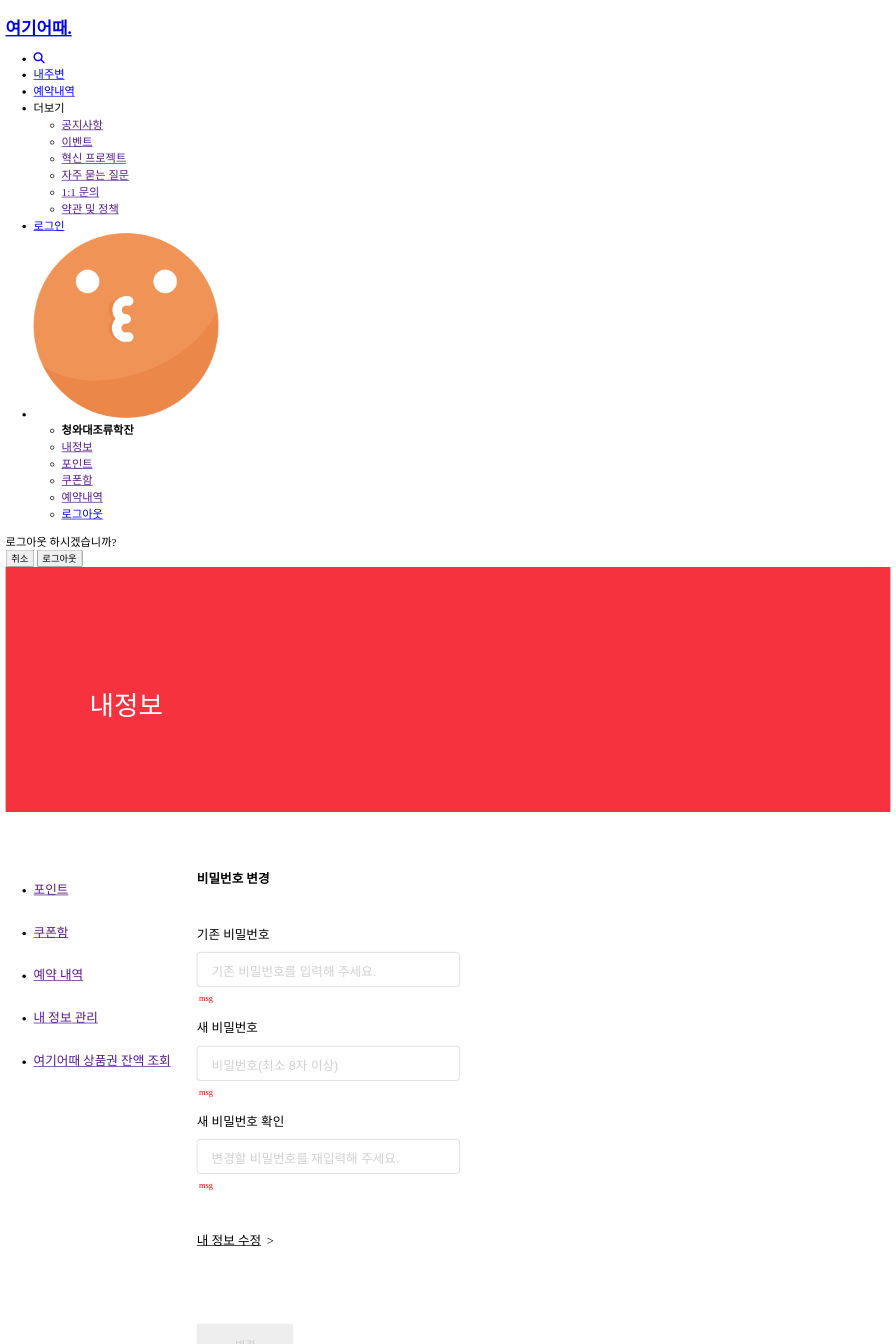
Repository: over0212/Project_goodHere
Page: http://localhost/goodHere/WEB-INF/views/change-pwd.jsp
The author's editor kept a copy of each file at every save. The page is drawn from the files as they stood at one save, then again after the next save.
The browser window is 1280 px wide. The pictures show the part of the page from y = 0 to 1920 px (the page is 2912 px tall before and 1686 px after), at 70% of full size.
Some web libraries are served in a nearby version. The page is served by Tomcat 9. Nobody is signed in. The template is opened directly, without the code that normally fills it, so the values that code supplies are empty.

Above is the page before, as saved 2022-01-17 08:24:51.

After the next save:
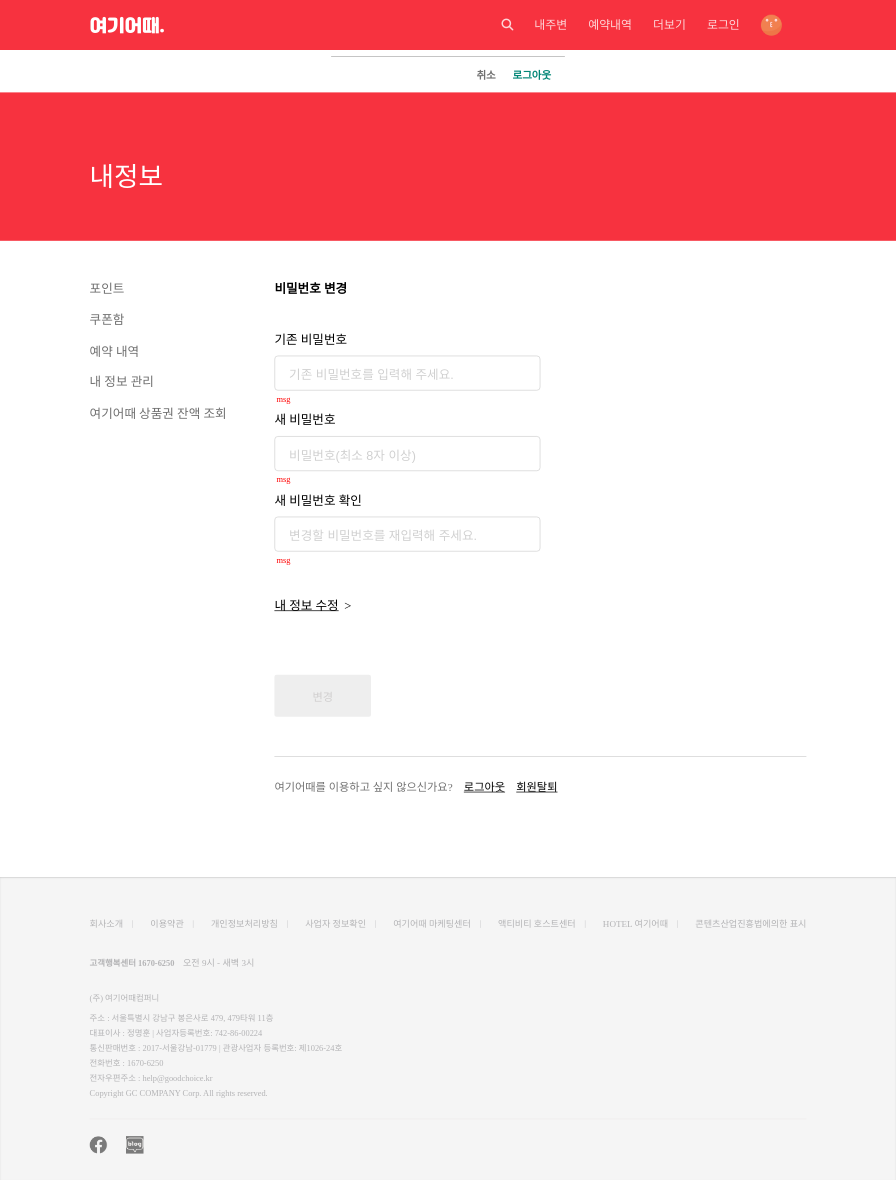
Saved 35 s later.
--- a/Project_GoodHere/goodHere/src/main/webapp/WEB-INF/views/change-pwd.jsp
+++ b/Project_GoodHere/goodHere/src/main/webapp/WEB-INF/views/change-pwd.jsp
@@ -9,6 +9,8 @@
     <meta http-equiv="X-UA-Compatible" content="IE=edge">
     <meta name="viewport" content="width=device-width, initial-scale=1.0">
     <title>Document</title>
+        <link rel="stylesheet" href="/css/reset.css">
+    <link rel="stylesheet" href="/css/header.css">
     <link rel="stylesheet" href="/css/change-pwd.css">
     <link rel="stylesheet" href="/css/footer.css">
 </head>
